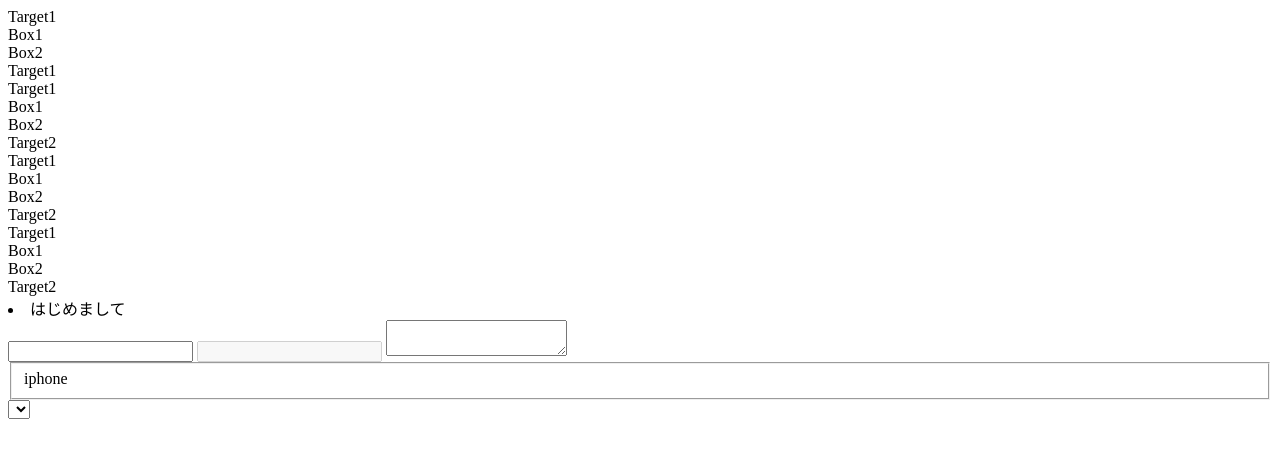
Repository: wairoku/suretigai1
Page: jack.html
The author's editor kept a copy of each file at every save. The page is drawn from the files as they stood at one save, then again after the next save.
The browser window is 1280 px wide. The pictures show the whole page.

Above is the page before, as saved 2019-01-02 18:54:19.

### jack.html
<!DOCTYPE html>
<body>


    <div id="target1">Target1</div>
    <div class="box">Box1</div>
    <div class="box">Box2</div>
    <div id="target1">Target1</div>

    <div id="target1">Target1</div>
    <div class="box1">Box1</div>
    <div class="box2">Box2</div>
    <div id="target1">Target2</div>

    <div id="target1">Target1</div>
    <div class="box">Box1</div>
    <div class="box">Box2</div>
    <div id="target2">Target2</div>

    <div id="target">Target1</div>
    <div class="box">Box1</div>
    <div class="box">Box2</div>
    <div id="target">Target2</div>

    <li>
        <a>
            はじめまして
        </a>
    </li>




    <input type="password">

    <input type="text" disabled>

    <textarea></textarea>



    <fieldset>iphone

    </fieldset>

    <select>

</body>

After the next save:
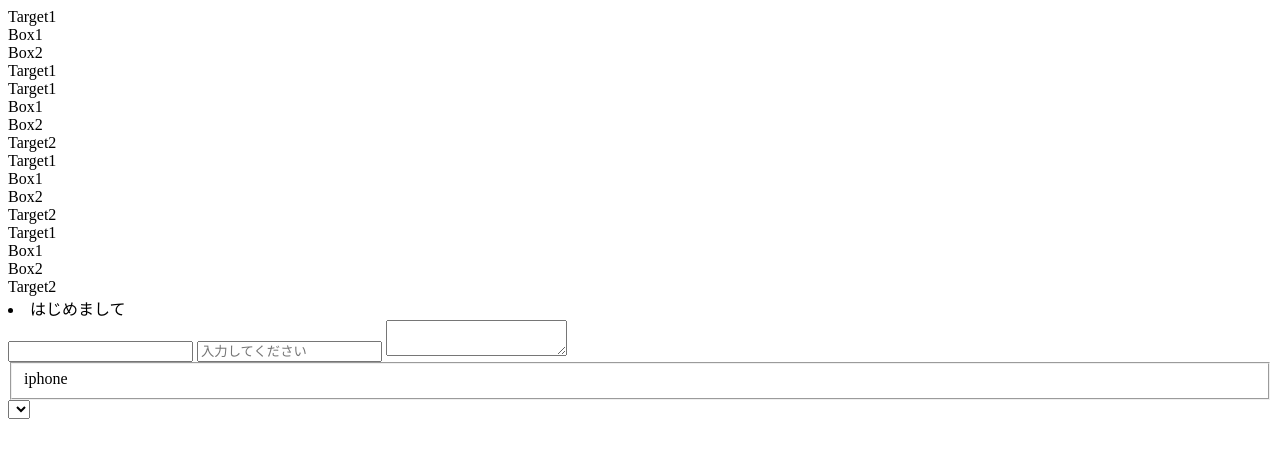
Saved 5 min 33 s later.
--- a/jack.html
+++ b/jack.html
@@ -33,7 +33,7 @@
 
     <input type="password">
 
-    <input type="text" disabled>
+    <input type="text" placeholder="入力してください">
 
     <textarea></textarea>
 
